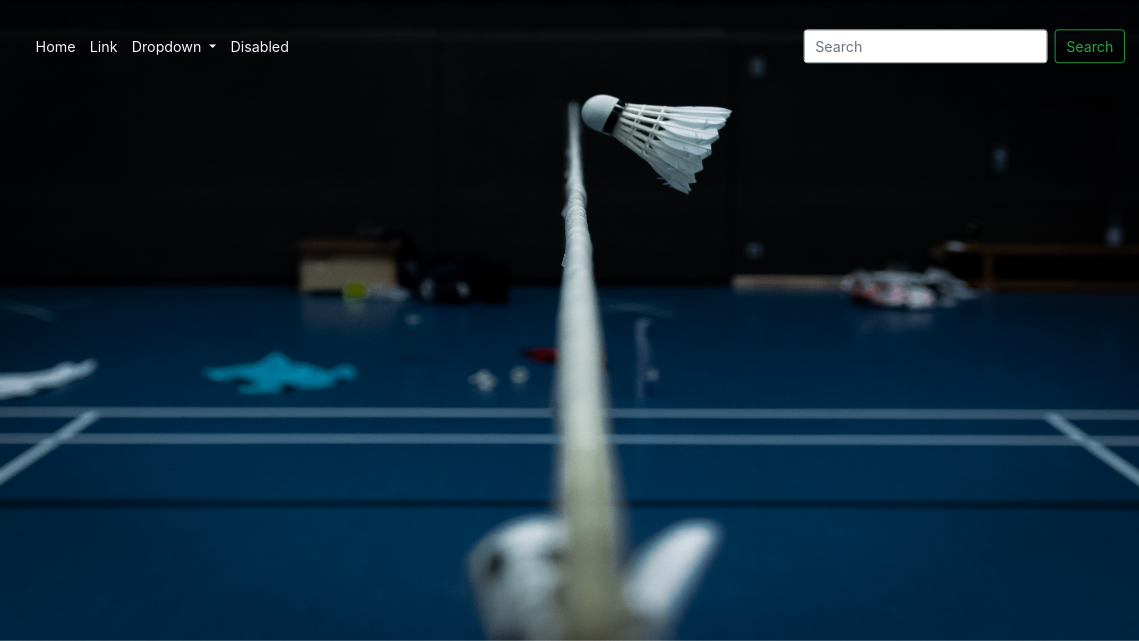
Repository: tsthuy/Badminton
Page: index.html
The author's editor kept a copy of each file at every save. The page is drawn from the files as they stood at one save, then again after the next save.
The browser window is 1280 px wide. The pictures show the whole page, at 89% of full size.
Some web libraries are served in a nearby version.

Above is the page before, as saved 2023-10-13 20:07:11.

### index.html
<!DOCTYPE html>
<html lang="en">
<head>
    <meta charset="UTF-8">
    <meta name="viewport" content="width=device-width, initial-scale=1.0">
    <link rel="stylesheet" href="https://cdn.jsdelivr.net/npm/bootstrap@4.0.0/dist/css/bootstrap.min.css" integrity="sha384-Gn5384xqQ1aoWXA+058RXPxPg6fy4IWvTNh0E263XmFcJlSAwiGgFAW/dAiS6JXm" crossorigin="anonymous">
    <link rel="stylesheet" href="main.css">

    <title>Badminton</title>
</head>
<body>
    huy
<nav class="navbar navbar-expand-lg navbar-light bg-light " style="background-color: transparent !important;
">
  <a style="color: aliceblue;" class="navbar-brand" href="#"></a>
  <button class="navbar-toggler" type="button" data-toggle="collapse" data-target="#navbarSupportedContent" aria-controls="navbarSupportedContent" aria-expanded="false" aria-label="Toggle navigation">
    <span class="navbar-toggler-icon"></span>
  </button>

  <div class="collapse navbar-collapse" id="navbarSupportedContent">
    <ul class="navbar-nav mr-auto">
      <li class="nav-item active">
        <a style="color: aliceblue;" class="nav-link" href="#">Home <span class="sr-only">(current)</span></a>
      </li>
      <li class="nav-item">
        <a style="color: aliceblue;" class="nav-link" href="#">Link</a>
      </li>
      <li class="nav-item dropdown">
        <a style="color: aliceblue;" class="nav-link dropdown-toggle" href="#" id="navbarDropdown" role="button" data-toggle="dropdown" aria-haspopup="true" aria-expanded="false">
          Dropdown
        </a>
        <div style="color: aliceblue;" class="dropdown-menu" aria-labelledby="navbarDropdown">
          <a class="dropdown-item" href="#">Action</a>
          <a class="dropdown-item" href="#">Another action</a>
          <div class="dropdown-divider"></div>
          <a class="dropdown-item" href="#">Something else here</a>
        </div>
      </li>
      <li class="nav-item">
        <a style="color: aliceblue;" class="nav-link disabled" href="#">Disabled</a>
      </li>
    </ul>
    <form class="form-inline my-2 my-lg-0">
      <input class="form-control mr-sm-2" type="search" placeholder="Search" aria-label="Search">
      <button class="btn btn-outline-success my-2 my-sm-0" type="submit">Search</button>
    </form>
  </div>
</nav>
   <div class="background_cover">

    <img class="bg_img" src="./Image/stephan-rothe-VePgmkq3hHI-unsplash.jpg" alt="" style=" margin-top: -80px; height: 100vh; width: 100%;">
   </div>

</body>

<script src="https://code.jquery.com/jquery-3.2.1.slim.min.js" integrity="sha384-KJ3o2DKtIkvYIK3UENzmM7KCkRr/rE9/Qpg6aAZGJwFDMVNA/GpGFF93hXpG5KkN" crossorigin="anonymous"></script>
<script src="https://cdn.jsdelivr.net/npm/popper.js@1.12.9/dist/umd/popper.min.js" integrity="sha384-ApNbgh9B+Y1QKtv3Rn7W3mgPxhU9K/ScQsAP7hUibX39j7fakFPskvXusvfa0b4Q" crossorigin="anonymous"></script>
<script src="https://cdn.jsdelivr.net/npm/bootstrap@4.0.0/dist/js/bootstrap.min.js" integrity="sha384-JZR6Spejh4U02d8jOt6vLEHfe/JQGiRRSQQxSfFWpi1MquVdAyjUar5+76PVCmYl" crossorigin="anonymous"></script>
    </script>
</html>

Loaded but not shown: main.css (no stored copy; drawn as an empty file)

After the next save:
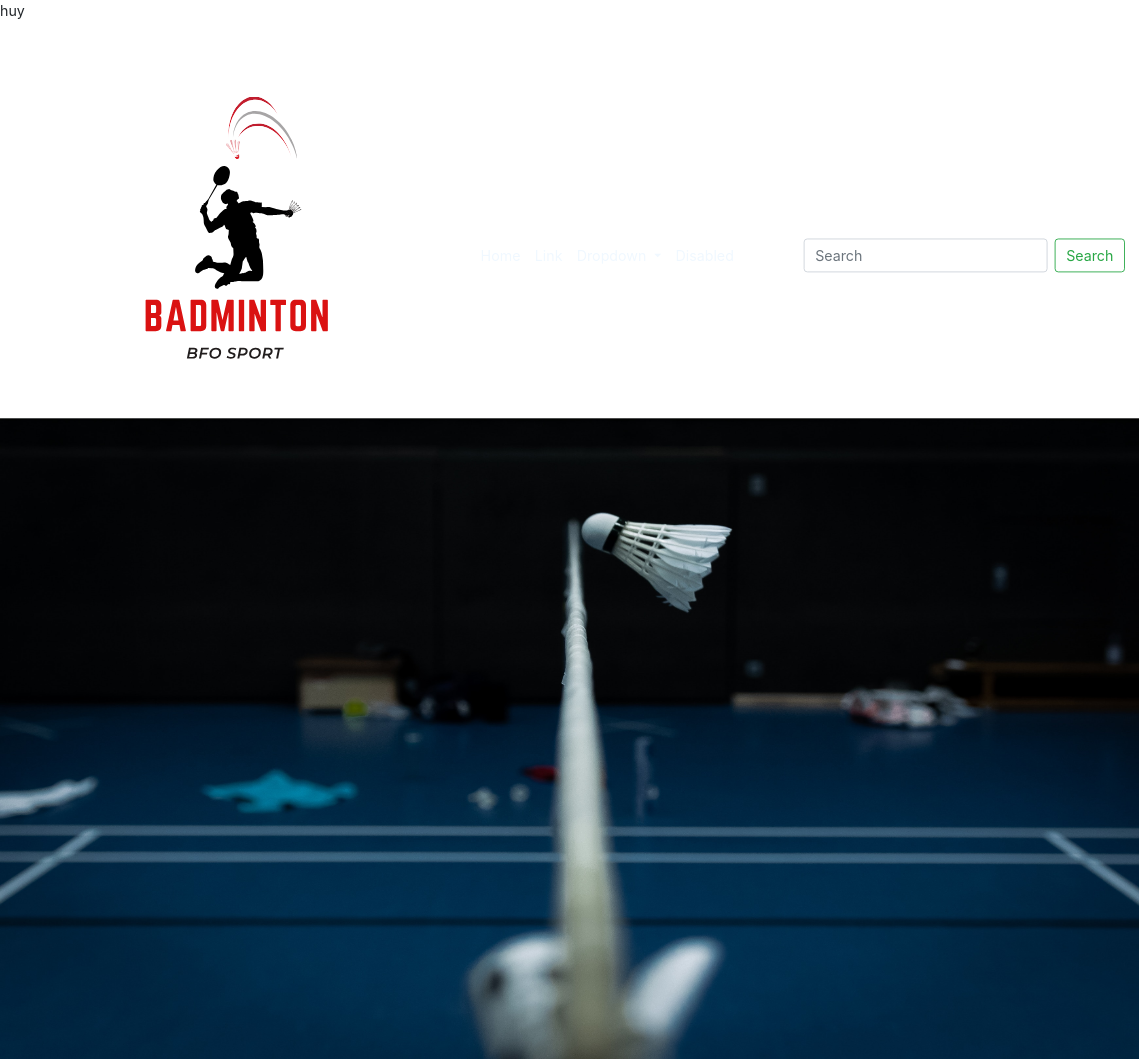
Saved 77 s later.
--- a/index.html
+++ b/index.html
@@ -12,7 +12,8 @@
     huy
 <nav class="navbar navbar-expand-lg navbar-light bg-light " style="background-color: transparent !important;
 ">
-  <a style="color: aliceblue;" class="navbar-brand" href="#"></a>
+  <a style="color: aliceblue;" class="navbar-brand" href="#"><img src="./Image/sport center.svg" />
+  </a>
   <button class="navbar-toggler" type="button" data-toggle="collapse" data-target="#navbarSupportedContent" aria-controls="navbarSupportedContent" aria-expanded="false" aria-label="Toggle navigation">
     <span class="navbar-toggler-icon"></span>
   </button>
